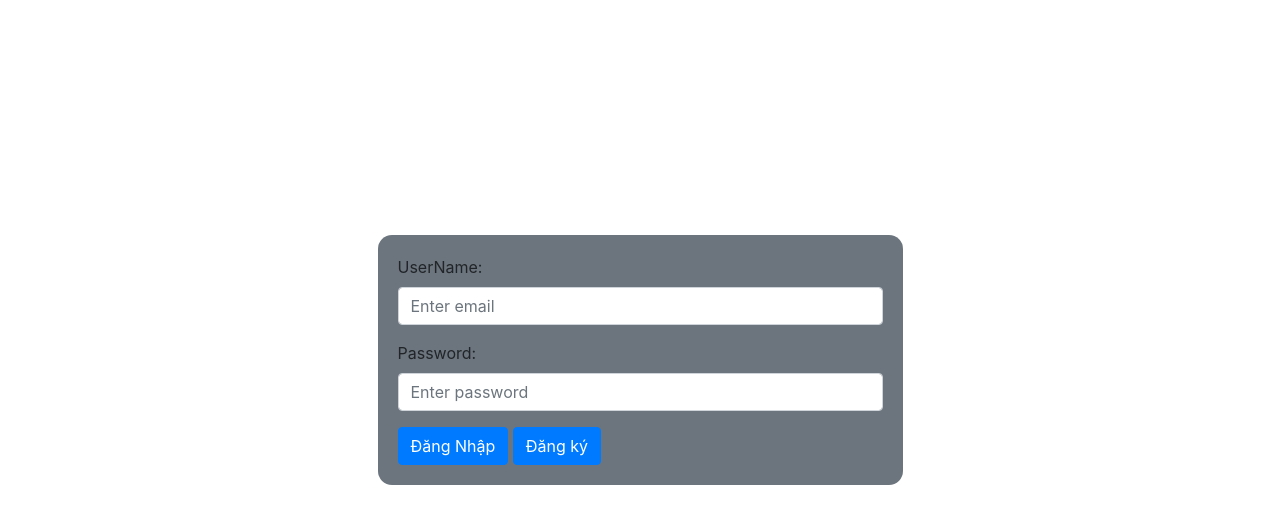
Repository: huutien1904/bai3-ltw
Page: http://localhost/login.php
These files come from the project's save history. The page is drawn as it stood at one moment and after the next save; the edit follows.
The browser window is 1280 px wide. The pictures show the whole page.
The page is run by PHP 8.4 with error messages shown; the project is at /var/www/html/.

Above is the page before, as saved 2021-11-21 23:13:58.

After the next save:
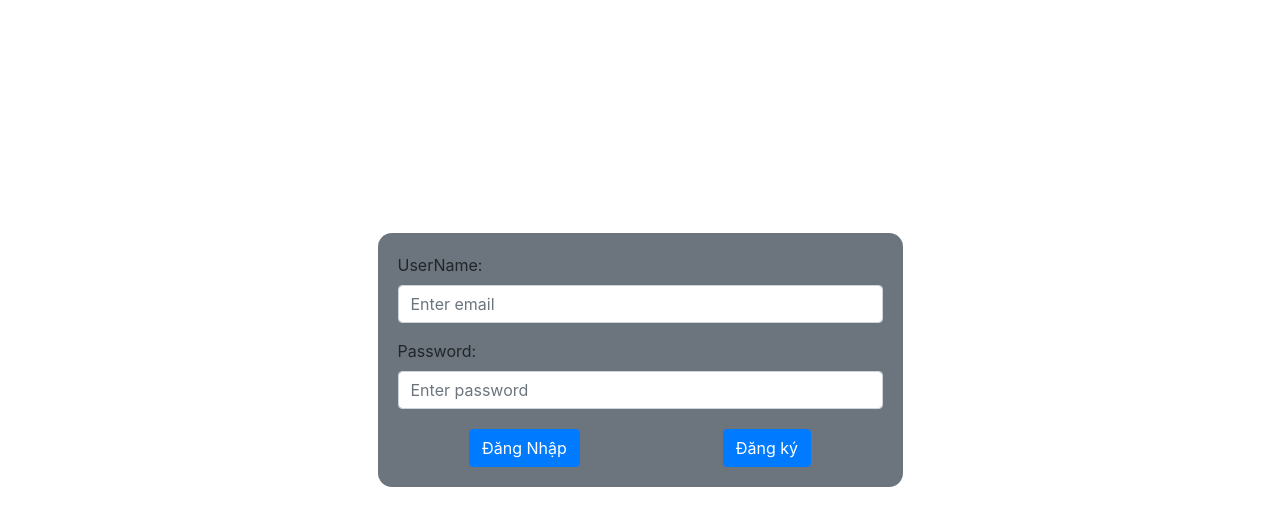
Saved 67 s later.
--- a/login.php
+++ b/login.php
@@ -36,8 +36,13 @@
 </html>
 <style>
     .form_login{
-    padding: 20px !important;
-    background: var(--secondary) !important;
-    border-radius: 14px;
+        padding: 20px !important;
+        background: var(--secondary) !important;
+        border-radius: 14px;
+    }
+    .button{
+        display: flex;
+        justify-content: space-around;
+        margin-top: 20px;
     }
   </style>
